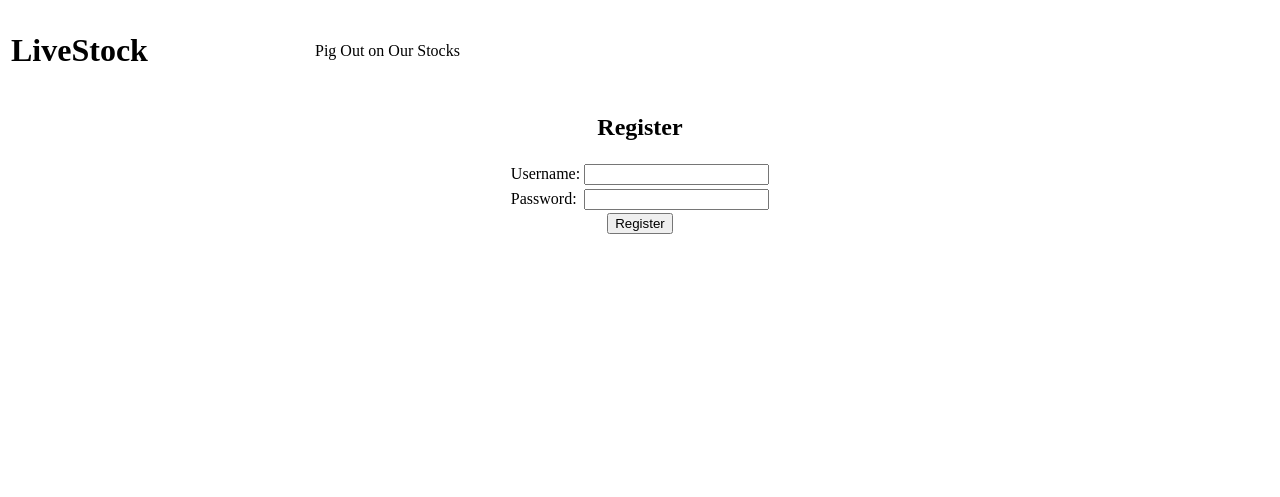
Repository: yastapova/live-stock
Page: LiveStockSite/WebContent/WEB-INF/register_emp.html
The author's editor kept a copy of each file at every save. The page is drawn from the files as they stood at one save, then again after the next save.
The browser window is 1280 px wide. The pictures show the whole page.

Above is the page before, as saved 2016-04-15 21:55:10.

### LiveStockSite/WebContent/WEB-INF/register_emp.html
<!DOCTYPE html>
<html>
<head>
<meta charset="ISO-8859-1">
<title>Insert title here</title>
</head>
<body>
	<div class="header">
	<table>
		<tr>
			<td width='300px'><h1>LiveStock</h1></td>
			<td width='300px'><p>Pig Out on Our Stocks</p></td>
		</tr>
	</table>
	</div>

	<div class="body" align="center">
		<h2>Register</h2>
		<form>
			<table>
				<tr>
					<td><span class="formlabel">Username:</span></td>
					<td><input id="usrn" name="username" type="text" /></td>
				</tr>
				<tr>
					<td><span class="formlabel">Password:</span></td>
					<td><input id="pw" name="password" type="password" /></td>
				</tr>
			</table>
			<input type="submit" value="Register">
		</form>
	</div>

	<div class="footer">
	</div>
</body>
</html>

After the next save:
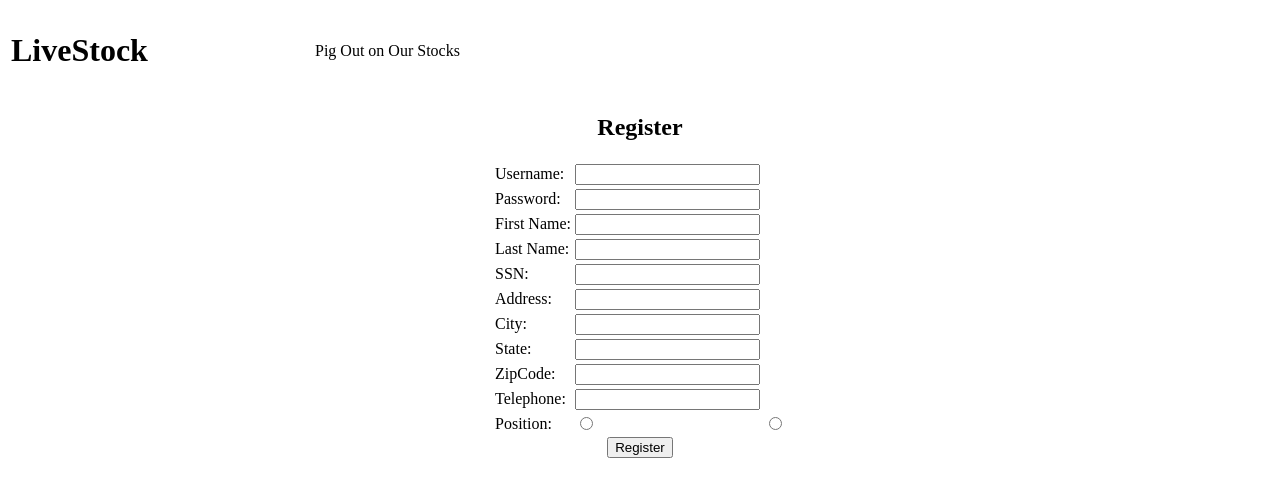
Saved 6 min 51 s later.
--- a/LiveStockSite/WebContent/WEB-INF/register_emp.html
+++ b/LiveStockSite/WebContent/WEB-INF/register_emp.html
@@ -26,6 +26,43 @@
 					<td><span class="formlabel">Password:</span></td>
 					<td><input id="pw" name="password" type="password" /></td>
 				</tr>
+				<tr>
+					<td><span class="formlabel">First Name:</span></td>
+					<td><input id="fname" name="first_name" type="text" /></td>
+				</tr>
+				<tr>
+					<td><span class="formlabel">Last Name:</span></td>
+					<td><input id="lname" name="last_name" type="text" /></td>
+				</tr>
+				<tr>
+					<td><span class="formlabel">SSN:</span></td>
+					<td><input id="ssn" name="ssn" type="text" /></td>
+				</tr>
+				<tr>
+					<td><span class="formlabel">Address:</span></td>
+					<td><input id="addr" name="address" type="text" /></td>
+				</tr>
+				<tr>
+					<td><span class="formlabel">City:</span></td>
+					<td><input id="city" name="city" type="text" /></td>
+				</tr>
+				<tr>
+					<td><span class="formlabel">State:</span></td>
+					<td><input id="state" name="state" type="text" /></td>
+				</tr>
+				<tr>
+					<td><span class="formlabel">ZipCode:</span></td>
+					<td><input id="zip" name="zipcode" type="text" /></td>
+				</tr>
+				<tr>
+					<td><span class="formlabel">Telephone:</span></td>
+					<td><input id="phone" name="phone" type="text" /></td>
+				</tr>
+				<tr>
+					<td><span class="formlabel">Position:</span></td>
+					<td><input id="pos_man" name="position" type="radio" value="Manager"/></td>
+					<td><input id="pos_rep" name="position" type="radio" value="Customer Representative"/></td>
+				</tr>
 			</table>
 			<input type="submit" value="Register">
 		</form>
